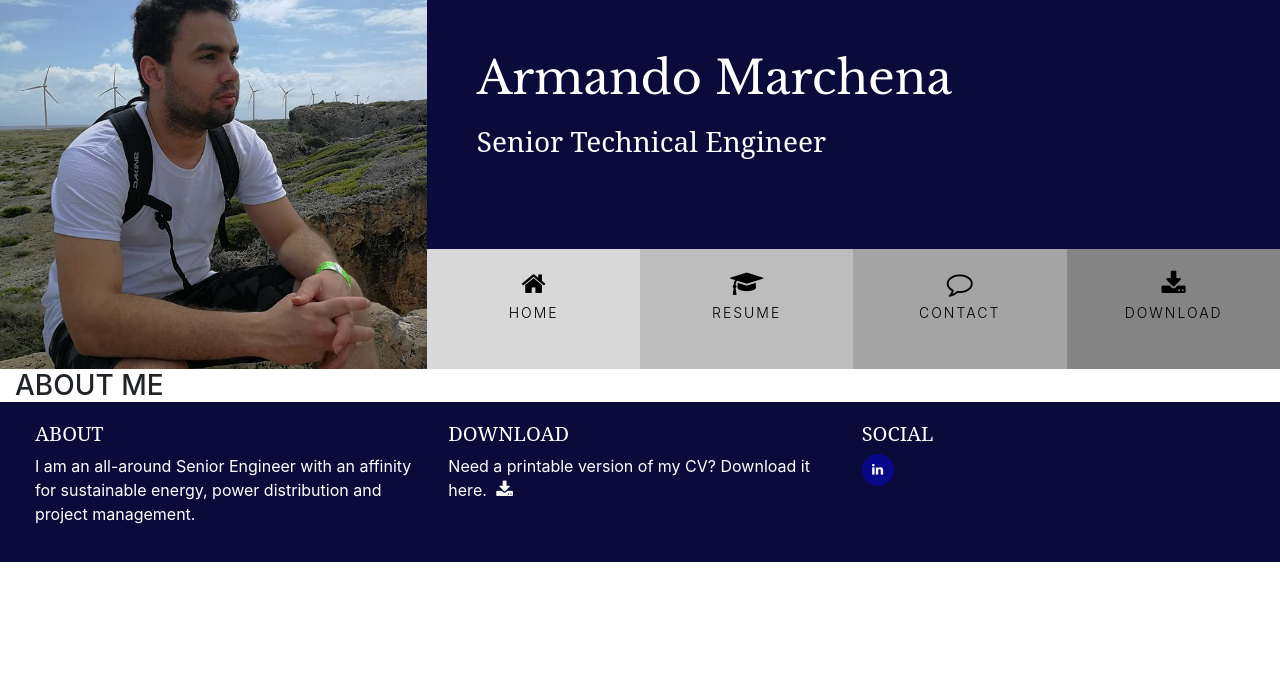
Repository: dugudugu/Resume-A-Marchena
Page: index.html
The author's editor kept a record of every edit. The page is drawn from the files as they stood at one moment, then again after the next edit.
The browser window is 1280 px wide. The pictures show the whole page.

Above is the page before.

### index.html
<!DOCTYPE html>
<html lang="en">

<head>
    <meta charset="UTF-8">
    <meta name="viewport" content="width=device-width, initial-scale=1.0">
    <meta http-equiv="X-UA-Compatible" content="ie=edge">
    <link rel="stylesheet" href="https://stackpath.bootstrapcdn.com/bootstrap/4.3.1/css/bootstrap.min.css" type="text/css" />
    <link rel="stylesheet" href="https://stackpath.bootstrapcdn.com/font-awesome/4.7.0/css/font-awesome.min.css" type="text/css" />
    <link rel="stylesheet" href="https://cdnjs.cloudflare.com/ajax/libs/hover.css/2.3.1/css/hover-min.css" type="text/css" />
    <link rel="stylesheet" href="assets/css/style.css" />
    <title>A. Marchena</title>
</head>

<body>

    <header>
        <div class="row no-gutters">
            <a href="index.html" class="col-md-4 logo"></a>

            <div class="col-md-8">
                <div class="row bg-color-name-title no-gutters">
                    <div class="col heading">
                        <h1 class="name"> Armando Marchena </h1>
                        <h2 class="title"> Senior Technical Engineer </h2>
                    </div>
                </div>

                <div class="row no-gutters">
                    <div class="col">
                        <ul id="nav" class="list-inline menucontainer">
                            <li class="col-6 col-sm-3 ui-menu-color-home list-inline-item menuitem">
                                <a href="#" class="hvr-sweep-to-bottom"><i class="fa fa-home" aria-hidden="true"></i><span>Home</span></a>
                            </li>
                            <li class="col-6 col-sm-3 ui-menu-color-resume list-inline-item menuitem">
                                <a href="#" class="hvr-sweep-to-bottom"><i class="fa fa-graduation-cap" aria-hidden="true"></i><span>Resume</span></a>
                            </li>
                            <li class="col-6 col-sm-3 ui-menu-color-contact list-inline-item menuitem">
                                <a href="#" class="hvr-sweep-to-bottom"><i class="fa fa-comment-o" aria-hidden="true"></i><span>Contact</span></a>
                            </li>
                            <li class="col-6 col-sm-3 ui-menu-color-download list-inline-item menuitem">
                                <a href="#" class="hvr-sweep-to-bottom"><i class="fa fa-download" aria-hidden="true"></i><span>Download</span></a>
                            </li>
                        </ul>
                    </div>
                </div>



            </div>
        </div>
    </header>

    <section class="container-fluid">
        <div class="row row-table">
            <div class="col-md-8 bg-color-three-reasons section-column">
                <div class="row">
                    <div class="col">
                        <h3 class="section-heading uppercase">About Me</h3>
                    </div>
                </div>
            </div>
        </div>

    </section>

    <footer class="container-fluid">
        <div id="footer-details" class="row">
            <div class="col-sm-4">
                <h5 class="uppercase general-sub">About</h5>
                <p class="inline-block">
                    I am an all-around Senior Engineer with an affinity for sustainable energy, power distribution and project management.
                </p>
            </div>
            <div class="col-sm-4">
                <h5 class="uppercase general-sub">Download</h5>
                <p class="inline-block">
                    Need a printable version of my CV? Download it here.
                    <a href="#" target="_blank" class="cv-pdf">
                        <i class="fa fa-download" aria-hidden="true"></i>
                        <span class="sr-only">Download link.</span>
                        </a>
                </p>
            </div>
            <div class="col-sm-4">
                <h5 class="uppercase general-sub">Social</h5>
                <ul class="list-inline social-links">
                    <li class="list-inline-item">
                        <a target="_blank" href="#">
                            <i class="fa fa-linkedin" aria-hidden="true"></i>
                        <span class="sr-only">LinkedIn</span>
                        </a>
                    </li>
                </ul>
            </div>
        </div>
    </footer>


</body>


</html>

### assets/css/style.css
@import url('https://fonts.googleapis.com/css?family=Noto+Serif:100,200,300,400,500,600,700|Libre+Baskerville:100,200,300,400,500,600,700');

/*------------------------------------------Colors */

.bg-color-name-title {
    background-color: #0B0B3B;
}

.bg-color-three-reasons {
    background-color: #fff;
}

.ui-menu-color-home {
    background-color: #D8D8D8;
}

.ui-menu-color-resume {
    background-color: #BDBDBD;
}

.ui-menu-color-contact {
    background-color: #A4A4A4;
}

.ui-menu-color-download {
    background-color: #848484;
}


/*------------------------------------------Special  */

h1,
h2,
h3,
h4 {
    margin: 0;
}

.uppercase {
    text-transform:uppercase;
}

.general-sub {
    font-family:"Noto Serif", sans-serif;
    font-weight:300;
    color: #fff;
}

.inline-block {
    display:inline-block;
}

/*------------------------------------------Heading */

header {
    margin: 0;

}

.heading {
    margin-left: 50px;
}

.logo {
    background: url("../images/A. Marchena.jpg");
    background-position: center;
    background-repeat: no-repeat;
    background-size: cover;
    min-height: 360px;
    transition: all .5s ease-in-out;
    -moz-transition: all .5s ease-in-out;
    -webkit-transition: all .5s ease-in-out;
}

.name {
    font-family: "Libre Baskerville", Noto Serif;
    font-weight: 200;
    font-size: 46px;
    margin-top: 50px;
    color: #fff;
}

.title {
    font-family: "Noto Serif", sans-serif;
    font-weight: 100;
    font-size: 28px;
    margin-top: 20px;
    margin-bottom: 90px;
    color: #fff;
}

.list-inline-item:not(:last-child) {
    margin: 0;
}

.menucontainer {
    font-size: 0;
}

#nav {
    margin: 0;
}

#nav li {
    font-size: 14px;
    padding: 0;
}

.menuitem {
    height: 120px;
    text-align: center;
    padding: 0;
}

.menuitem a {
    width: 100%;
    text-decoration: none;
    color: #000000;
    height: 120px;
}

.menuitem a i {
    padding-top: 22px;
    display: block;
    color: #000000;
    font-size: 26px;
}

.menuitem span {
    display: block;
    width: 100%;
    padding-top: 5px;
    text-align: center;
    text-transform: uppercase;
    font-size: 14px;
    font-weight: 300;
    letter-spacing: 2px;
}


/*------------------------------------------Hover.css */

.hvr-sweep-to-bottom:before {
    background-color: rgba(0, 0, 0, 0.2);
    height: 120px;
}

/*------------------------------------------Footer */

footer{
    background: #0B0B3B;
    color: #fff;
    min-height:120px;
    margin:0;
}

.cv-pdf i {
    font-size: 18px;
    color: #fafafa;
    text-align: center;
    padding-left: 5px;
    transition: all 0.35s ease-in-out;
    -moz-transition: all 0.35s ease-in-out;
    -webkit-transition: all 0.35s ease-in-out;
    -o-transition: all 0.35s ease-in-out;
}

.cv-pdf i:hover{
    color: #e84610;
}

.social-links {
    padding-bottom: 15px;
}

.social-links li a i {
    width: 32px;
    height: 32px;
    padding: 12px 0;
    border-radius: 50%;
    font-size: 13px;
    line-height: 7px;
    text-align: center;
    color: #fafafa;
    background-color: #08088A;
    transition: all 0.35s ease-in-out;
    -moz-transition: all 0.35s ease-in-out;
    -webkit-transition: all 0.35s ease-in-out;
    -o-transition: all 0.35s ease-in-out;
}

.social-links li a i:hover {
    background-color: #e84610;
}

#footer-details {
    padding: 20px;
}

After the next edit:
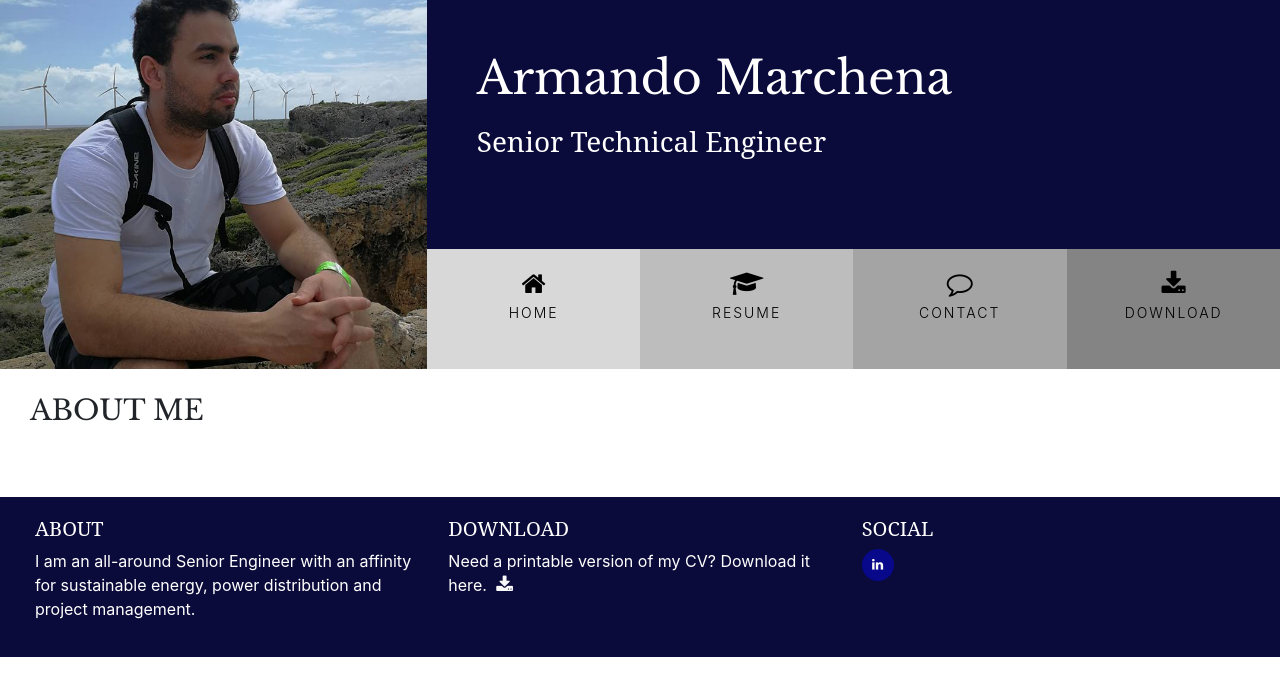
The edit:
--- a/assets/css/style.css
+++ b/assets/css/style.css
@@ -48,6 +48,23 @@
 
 .inline-block {
     display:inline-block;
+}
+
+.row-table {
+    display: table;
+}
+
+.section-column {
+    display: table-cell;
+    padding:0 30px 30px;
+    float: none;
+}
+
+.section-heading {
+    font-family: "Libre Baskerville";
+    font-weight: 300;
+    margin-top: 25px;
+    margin-bottom: 40px;
 }
 
 /*------------------------------------------Heading */
